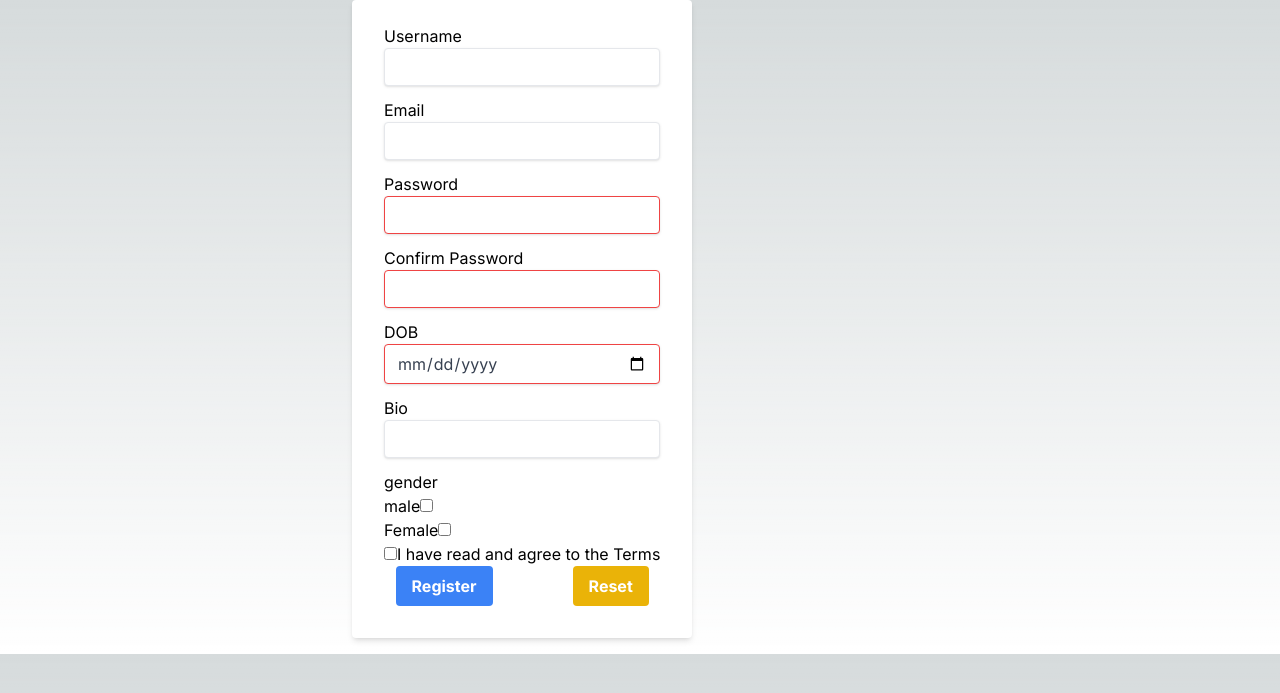
Repository: uh-sman/tiktok-card
Page: /
These files come from the project's save history. The page is drawn as it stood at one moment and after the next save; the edit follows.
The browser window is 1280 px wide. The pictures show the whole page.
The project was rebuilt for these pictures with package versions that can differ from the ones it lists, and the page was loaded fresh each time. The framework's server and built-in components were replaced by stand-ins that run in the browser. Also part of the build but not shown: next.config.js.

Above is the page before, as saved 2023-12-19 14:22:30.

After the next save:
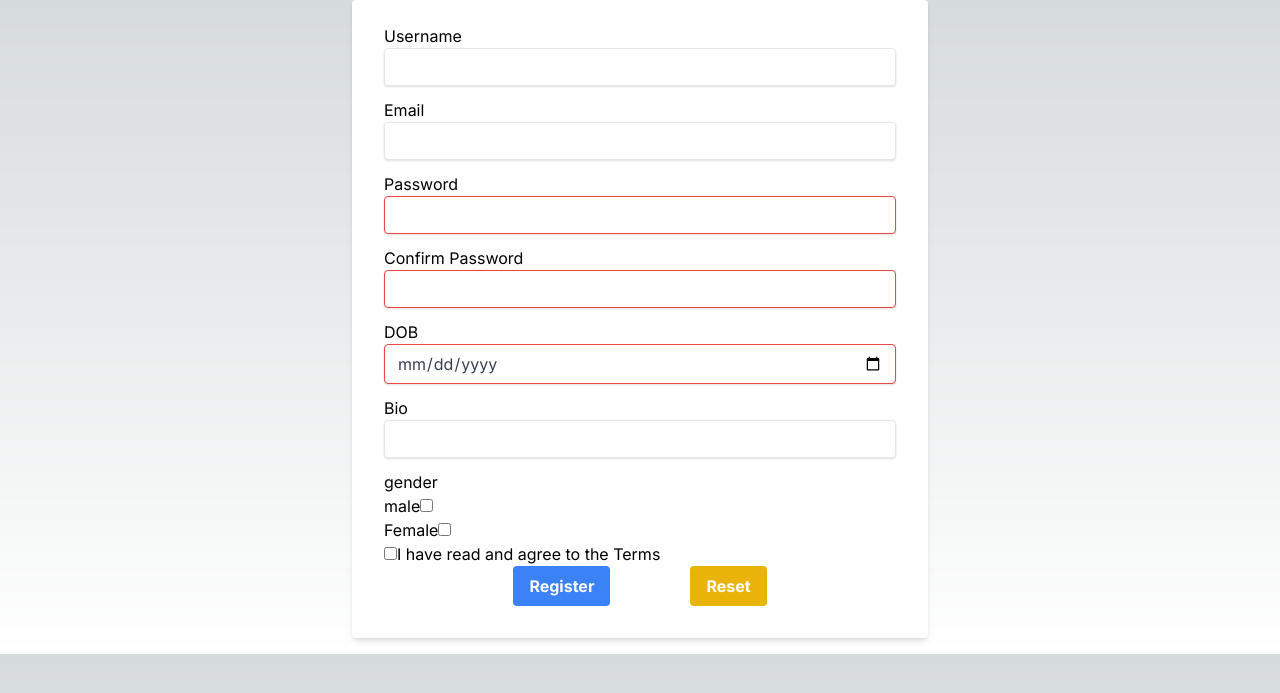
Saved 6 s later.
--- a/app/components/AuthForm.tsx
+++ b/app/components/AuthForm.tsx
@@ -21,7 +21,7 @@ const AuthForm: React.FC = () => {
     }
     return (
         <div className="flex justify-center">
-            <div className="flex items-center w-full max-w-xl">
+            <div className="items-center w-full max-w-xl">
         <form className="bg-white shadow-md rounded px-8 pt-6 pb-8 mb-4" onSubmit={handleSubmit(onSubmit)}>
           <div className="flex flex-col">
             <label>Username</label>
